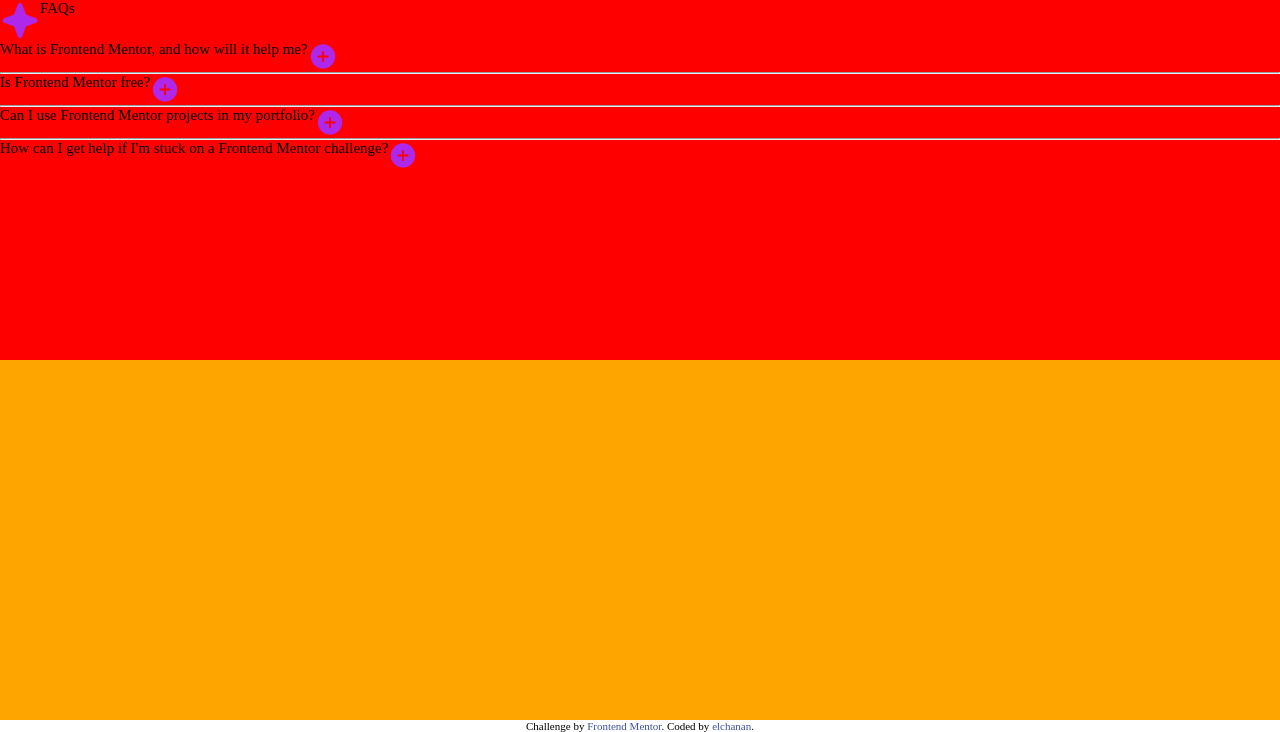
Repository: elchananChen/frontend-mentor-projects
Page: 2024/10/faQs/index.html
The author's editor kept a copy of each file at every save. The page is drawn from the files as they stood at one save, then again after the next save.
The browser window is 1280 px wide. The pictures show the whole page.

Above is the page before, as saved 2024-10-13 05:47:20.

After the next save:
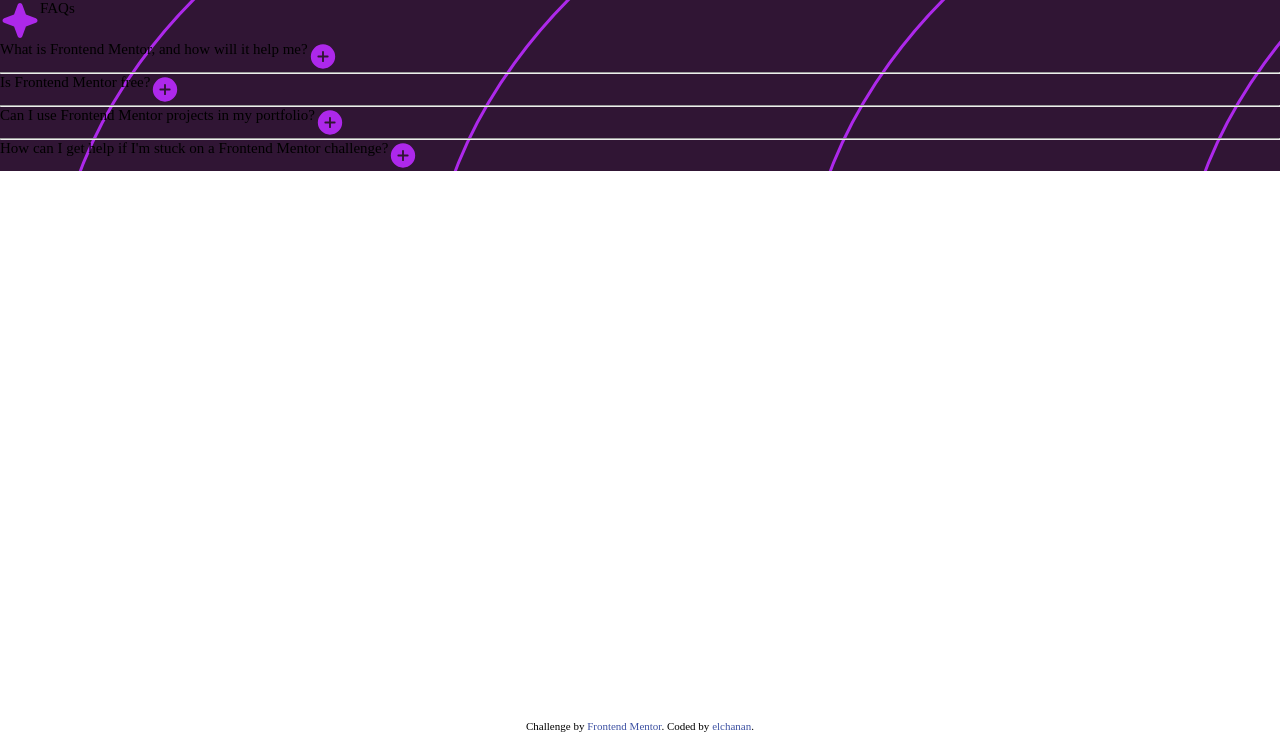
Saved 59 s later.
--- a/2024/10/faQs/style.css
+++ b/2024/10/faQs/style.css
@@ -14,9 +14,9 @@
   /* background: -moz-linear-gradient(left, blue 75%, white 25%); */
   /* background: linear-gradient(180deg, red 20%, orange 20% 100%); */
   /* background: linear-gradient(to top, blue 25%, white 25%, red 50%); */
-  height: 100vh;
-  background: linear-gradient(180deg, red 50%, orange 50%),
-    url("./assets/images/background-pattern-mobile.svg");
+  /* height: 100vh; */
+  /* background: linear-gradient(180deg, red 50%, orange 50%), */
+  background-image: url("./assets/images/background-pattern-mobile.svg");
   /* background-size: cover; מכסה את האלמנט */
   /* background-position: center; */
 }
